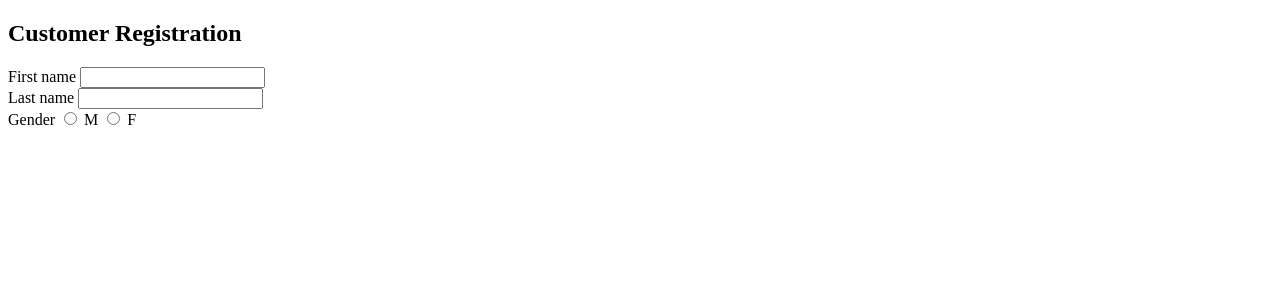
Repository: jbn-aman/wiprobatch1
Page: project/work/html/mywebapp/public/pages/registration.html
These files come from the project's save history. The page is drawn as it stood at one moment and after the next save; the edit follows.
The browser window is 1280 px wide. The pictures show the whole page.

Above is the page before, as saved 2024-03-31 10:37:03.

### project/work/html/mywebapp/public/pages/registration.html
<!DOCTYPE html>
<html>
<head>
<meta charset="ISO-8859-1">
<title>Registration</title>
</head>
<body>

	<h2>Customer Registration</h2>

	<form>
	<div>

	<label>First name</label>
	<input type = "text" value =""/>

	</div>
	<div>

	<label>Last name</label>
	<input type = "text" value =""/>

	</div>

	</div>
	<div>

	<label>Gender</label>
	<input type = "radio" value ="Male"/> M
	<input type = "radio" value ="Female"/> F
	</div>

	</form>
</body>
</html>

After the next save:
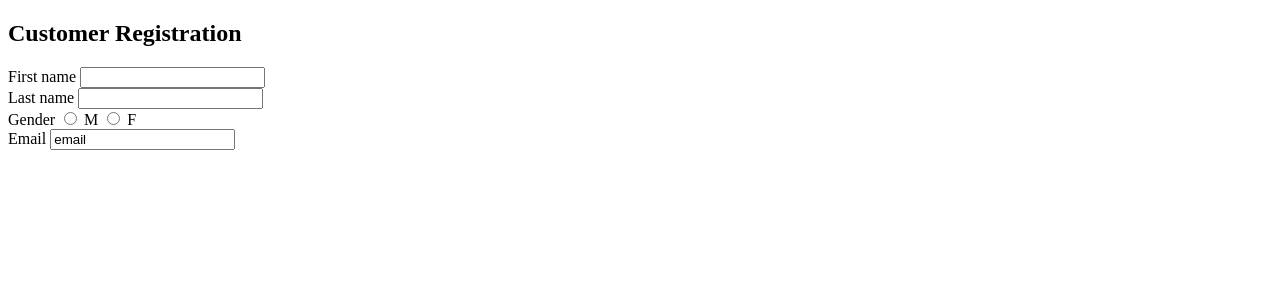
Saved 2 min 12 s later.
--- a/project/work/html/mywebapp/public/pages/registration.html
+++ b/project/work/html/mywebapp/public/pages/registration.html
@@ -30,6 +30,11 @@
 	<input type = "radio" value ="Female"/> F
 	</div>
 
+	<div>
+
+	<label>Email</label>
+	<input type = "email" value ="email"/>
+	</div>
 	</form>
 </body>
 </html>
